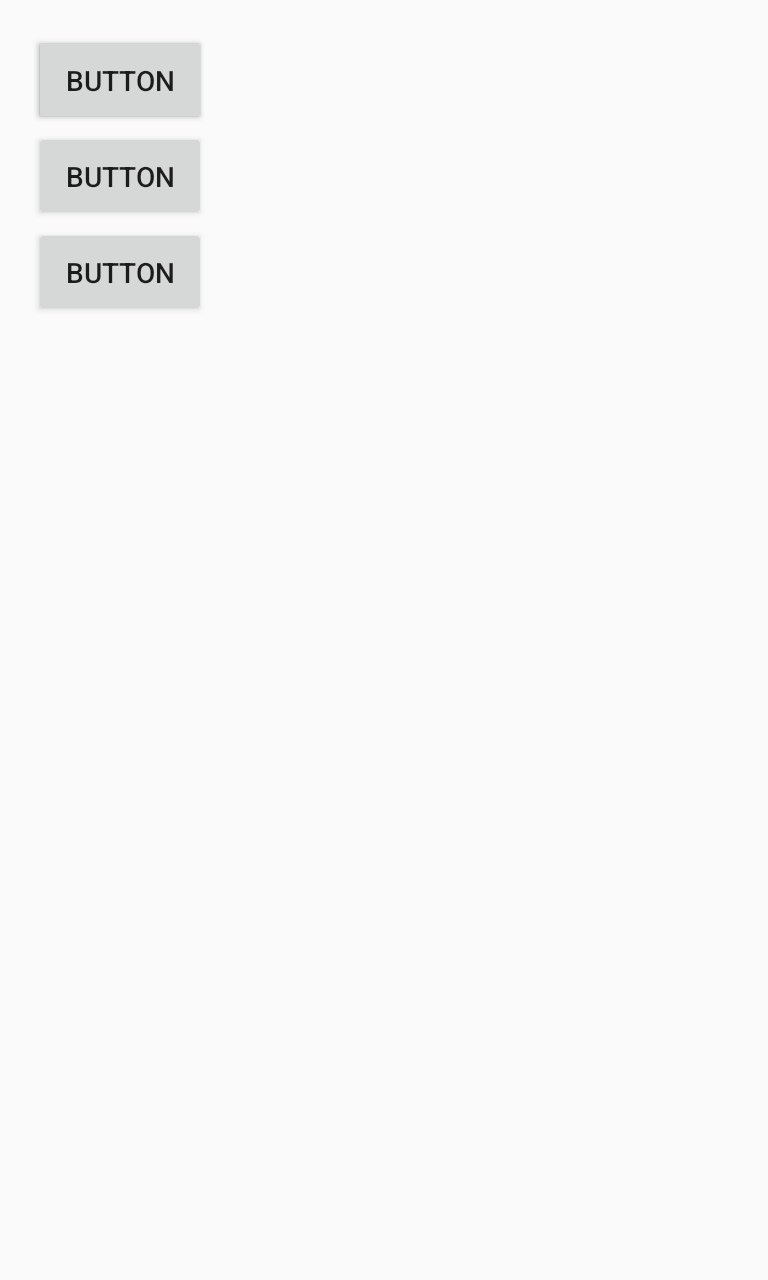
Repository: HarithaAmmuHari/Project
Layout: Relative/res/layout/activity_main.xml
An editor plug-in stored every save of this project. The layout is shown before and after the next save, followed by the edit.
It is drawn on a 768 x 1280 px phone screen (xhdpi) without system bars, with theme AppTheme; the app's code is not run.

Above is the layout before, as saved 2015-01-21 09:48:57.

### Relative/res/layout/activity_main.xml
<RelativeLayout xmlns:android="http://schemas.android.com/apk/res/android"
    xmlns:tools="http://schemas.android.com/tools"
    android:layout_width="match_parent"
    android:layout_height="match_parent"
    android:paddingBottom="@dimen/activity_vertical_margin"
    android:paddingLeft="@dimen/activity_horizontal_margin"
    android:paddingRight="@dimen/activity_horizontal_margin"
    android:paddingTop="@dimen/activity_vertical_margin"
    tools:context="com.example.relative.MainActivity" >

    <Button
        android:id="@+id/button1"
        android:layout_width="wrap_content"
        android:layout_height="wrap_content"
        android:layout_alignParentLeft="true"

        android:text="Button" />

    <Button
        android:id="@+id/button2"
        android:layout_width="wrap_content"
        android:layout_height="wrap_content"
        android:layout_below="@+id/button1"
        android:text="Button" />

    <Button
        android:id="@+id/button3"
        android:layout_width="wrap_content"
        android:layout_height="wrap_content"
        android:layout_below="@+id/button2"
        android:text="Button" />

    <Button
        android:id="@+id/button4"
        android:layout_width="wrap_content"
        android:layout_height="wrap_content"
        android:layout_alignParentRight="@+id/button3"
        android:text="Button" />

</RelativeLayout>

Loaded but not shown: Relative/res/values/styles.xml (common file); Relative/res/values-v11/styles.xml (common file); Relative/res/values-v14/styles.xml (common file); Relative/res/values/dimens.xml (common file); Relative/res/values-w820dp/dimens.xml (common file)

After the next save:
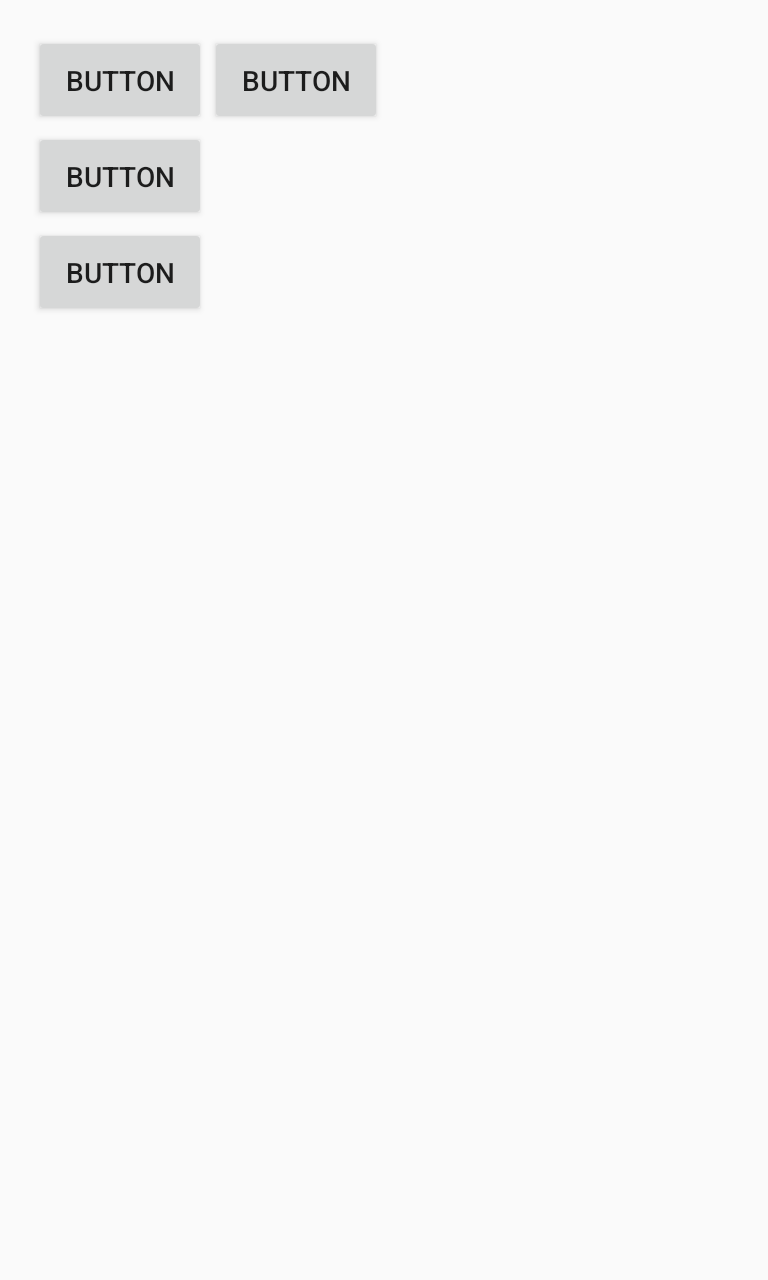
Saved 82 s later.
--- a/Relative/res/layout/activity_main.xml
+++ b/Relative/res/layout/activity_main.xml
@@ -34,7 +34,7 @@
         android:id="@+id/button4"
         android:layout_width="wrap_content"
         android:layout_height="wrap_content"
-        android:layout_alignParentRight="@+id/button3"
+        android:layout_toRightOf="@+id/button3"
         android:text="Button" />
 
 </RelativeLayout>
